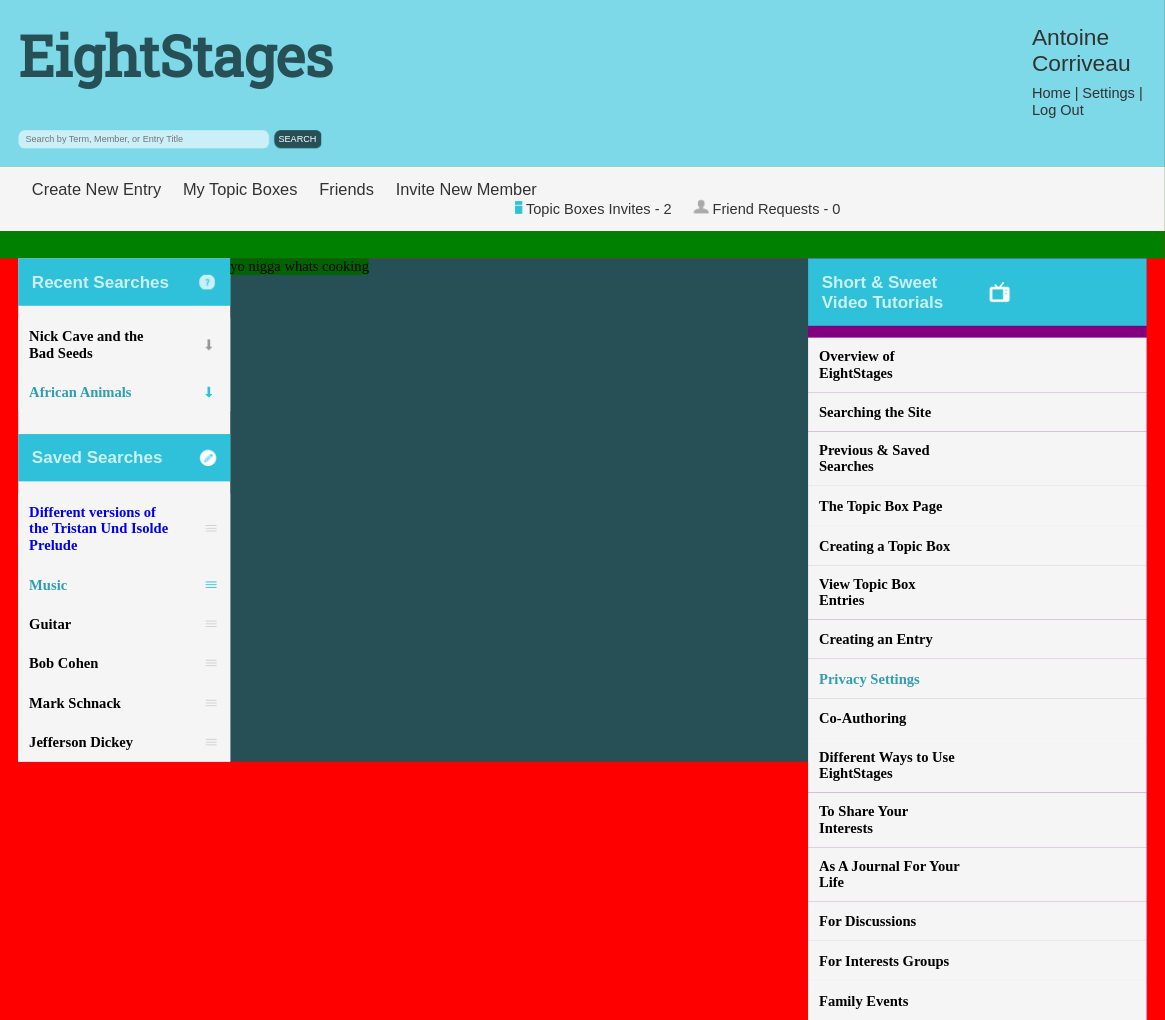
Repository: bhattaraib58/eighstages-lf-design
Page: Assignment 3/Eight Stages Website Mockup Done/index.html
An editor plug-in stored every save of this project. The page is shown before and after the next save, followed by the edit.
The browser window is 1280 px wide. The pictures show the whole page, at 91% of full size.
Some web fonts or font styles are not loaded; a fallback is used.

Above is the page before, as saved 2019-06-10 00:53:18.

### Assignment 3/Eight Stages Website Mockup Done/index.html
<!DOCTYPE html>
<html lang="en">

<head>
    <meta charset="UTF-8">
    <meta name="viewport" content="width=device-width, initial-scale=1.0">
    <meta http-equiv="X-UA-Compatible" content="ie=edge">
    <link href="https://fonts.googleapis.com/css?family=Roboto+Slab:300,400&display=swap" rel="stylesheet">
    <link href="https://fonts.googleapis.com/css?family=Istok+Web&display=swap" rel="stylesheet">
    <link rel="stylesheet" href="css/reset.css">
    <link rel="stylesheet" href="css/style.css">
    <title>EightStages</title>
</head>

<body>
    <div class="header">
        <div class="top-header clearfix">
            <div class="logo-search">
                <div class="logo">
                    <h1><a href="#">EightStages</a></h1>
                </div>
                <form action="#">
                    <div class="input">
                        <input type="text" name="search-box" placeholder="Search by Term, Member, or Entry Title">
                    </div>
                    <div class="button">
                        <button type="submit">SEARCH</button>
                    </div>
                </form>
            </div>
            <div class="profile-info">
                <div class="title"><a href="#">Antoine Corriveau</a></div>
                <ul class="horizontal-line">
                    <li><a href="#">Home |</a></li>
                    <li><a href="#">Settings |</a></li>
                    <li><a href="#">Log Out</a></li>
                </ul>
            </div>
        </div>
        <div class="bottom-header clearfix">
            <ul class="menu-items">
                <li><a href="#">Create New Entry</a></li>
                <li><a href="#">My Topic Boxes</a></li>
                <li><a href="#">Friends</a></li>
                <li><a href="#">Invite New Member</a></li>
            </ul>
            <div class="user-info">
                <a href="#" class="topic-invites">
                    <img src="images/topic-invites.png" alt="Topic Invites Icon">
                    <span>Topic Boxes Invites - </span>
                    <span>2</span>
                </a>
                <a href="#" class="friend-requests">
                    <img src="images/user.png" alt="User Icon">
                    <span>Friend Requests - </span>
                    <span>0</span>
                </a>
            </div>
        </div>
    </div>
    <div class="container">
        <div class="searches-entries-container">
            <div class="searches-container">
                <div class="recent-searches">
                    <div class="content-title">
                        <h3>Recent Searches</h3>
                        <img src="images/question-mark.png" alt="Question Mark">
                    </div>
                    <div class="searches-content">
                        <div class="content">
                            <div>Nick Cave and the Bad Seeds</div>
                            <img src="images/download-gray.png" alt="Downlaod Gray Icon">
                        </div>
                        <div class="content">
                            <div class="content-selected">African Animals</div>
                            <img src="images/download-lit.png" alt="Downlaod Lit Icon">
                        </div>
                    </div>
                </div>
                <div class="saved-searches">
                    <div class="content-title">
                        <h3>Saved Searches</h3>
                        <img src="images/edit-pen.png" alt="Edit Icon">
                    </div>
                    <div class="searches-content">
                        <div class="content">
                            <a href="#">
                                <div>Different versions of the
                                    Tristan Und Isolde Prelude</div>
                                <img src="images/hamburger-gray.png" alt="Hamburger Gray Icon">
                            </a>
                        </div>
                        <div class="content">
                            <div class="content-selected">Music</div>
                            <img src="images/hamburger-selected.png" alt="Hamburger Selected Icon">
                        </div>
                        <div class="content">
                            <div>Guitar</div>
                            <img src="images/hamburger-gray.png" alt="Hamburger Gray Icon">
                        </div>
                        <div class="content">
                            <div>Bob Cohen</div>
                            <img src="images/hamburger-gray.png" alt="Hamburger Gray Icon">
                        </div>
                        <div class="content">
                            <div>Mark Schnack</div>
                            <img src="images/hamburger-gray.png" alt="Hamburger Gray Icon">
                        </div>
                        <div class="content">
                            <div>Jefferson Dickey</div>
                            <img src="images/hamburger-gray.png" alt="Hamburger Gray Icon">
                        </div>
                    </div>
                </div>
            </div>
            <div class="entries-container">
                yo nigga whats cooking
            </div>
        </div>
        <div class="short-links-container">
            <div class="content-title">
                <h3>Short & Sweet
                    Video Tutorials</h3>
                <img src="images/tv-icon.png" alt="TV (Watch) Icon">
            </div>
            <div class="searches-content">
                <div class="content">
                    <div>Overview of EightStages</div>
                </div>
                <div class="content">
                    <div>Searching the Site</div>
                </div>
                <div class="content">
                    <div>Previous & Saved Searches</div>
                </div>
                <div class="content">
                    <div>The Topic Box Page</div>
                </div>
                <div class="content">
                    <div>Creating a Topic Box</div>
                </div>
                <div class="content">
                    <div>View Topic Box Entries</div>
                </div>
                <div class="content">
                    <div>Creating an Entry</div>
                </div>
                <div class="content">
                    <div class="content-selected">Privacy Settings</div>
                </div>
                <div class="content">
                    <div>Co-Authoring</div>
                </div>



                <div class="content">
                    <div>Different Ways
                        to Use EightStages</div>
                </div>
                <div class="content">
                    <div>To Share Your Interests</div>
                </div>
                <div class="content">
                    <div>As A Journal For Your Life</div>
                </div>
                <div class="content">
                    <div>For Discussions</div>
                </div>
                <div class="content">
                    <div>For Interests Groups</div>
                </div>
                <div class="content">
                    <div>Family Events</div>
                </div>
            </div>
        </div>
    </div>
</body>

</html>

### Assignment 3/Eight Stages Website Mockup Done/css/reset.css
*
{
    margin: 0px;
    padding: 0px;
    box-sizing: border-box;
}

### Assignment 3/Eight Stages Website Mockup Done/css/style.css
body {
    background-color: red;
}

.header {
    background-color: green;
}

.top-header {
    background-color: #7dd8e8;
    padding: 20px;
}

.logo-search {
    width: 60%;
    float: left;
}

.clearfix::after {
    content: "";
    clear: both;
    display: table;
}

.logo {
    margin-right: 22px;
    font-family: 'Roboto Slab', serif;
    float: left;
}

.logo a {
    color: #274f56;
    text-decoration: none;
    font-size: 62px;
}

form {
    float: left;
    margin-top: 40px;
    margin-right: 178px;
}

form input {
    margin-right: 5px;
    width: 276px;
    height: 20px;
    background-color: transparent;
    border: 0px;
    padding: 8px;
    font-size: 10px;
    color: #5c5c5c;
    font-family: "Istok Web ", sans-serif;
    outline: none;
    display: inline-block;
}

form .input {
    background: url(../images/input.png) no-repeat;
    float: left;
}

form button {
    display: inline-block;
    outline: none;
    color: #ffffff;
    font-family: "Istok Web ", sans-serif;
    background-color: transparent;
    border: 0px;
    padding: 5px;
    font-size: 10px;
    text-align: center;
    display: inline-block;
}

form .button {
    background: url(../images/button.png) no-repeat;
    float: left;
}

.profile-info {
    width: 40%;
    float: right;
    margin-top: 6px;
    padding-left: 370px;
}

.title {
    font-size: 25px;
    font-family: "Muli", sans-serif;
    margin-bottom: 10px;
}

.profile-info a {
    color: #323232;
    text-decoration: none;
}

ul.horizontal-line li {
    display: inline;
    font-family: "Istok Web ", sans-serif;
    font-size: 16px;
}

.bottom-header {
    background-color: #f5f5f5;
    padding: 15px;
}

.menu-items {
    float: left;
}

.menu-items li {
    display: inline-block;
    font-family: "Istok Web ", sans-serif;
    font-size: 18px;
    margin-left: 20px;
}

.menu-items a {
    color: #323232;
    text-decoration: none;
}

.user-info {
    float: left;
    margin-left: 550px;
}

.user-info a {
    margin-right: 20px;
    text-decoration: none;
    color: #323232;
}

.user-info span {
    font-family: "Istok Web ", sans-serif;
    font-size: 16px;
}

.container {
    padding: 30px 20px 0px 20px;
    background-color: green;
}

.searches-entries-container {
    width: 70%;
    float: left;
    background-color: #274f56;
}

.recent-searches {
    margin-bottom: 25px;
}

.searches-container {
    float: left;
    background-color: #f5f5f5;
}

.entries-container {
    float: left;
    background-color: darkgreen;
}

.short-links-container {
    width: 30%;
    background-color: purple;
    float: left;
}

.content a{
    text-decoration: none;
}

.content-title {
    margin-bottom: 13px;
    background-color: #2fc1d9;
    padding: 15px;
}

.content-title h3 {
    width: 155px;
    word-wrap: break-word;
    display: inline-block;
    font-family: "Istok Web ", sans-serif;
    color: #ccf0f6;
    margin-right: 25px;
    vertical-align: middle;
}

.content-title img {
    vertical-align: middle;
}

.content {
    padding: 12px;
    background-color: #f5f5f5;
}
.content div {
    width: 155px;
    word-wrap: break-word;
    display: inline-block;
    margin-right: 35px;
    vertical-align: middle;
    font-weight: 550;
}

.content-selected
{
    color: #309eb0;
}

.content img {
    vertical-align: middle;
}

After the next save:
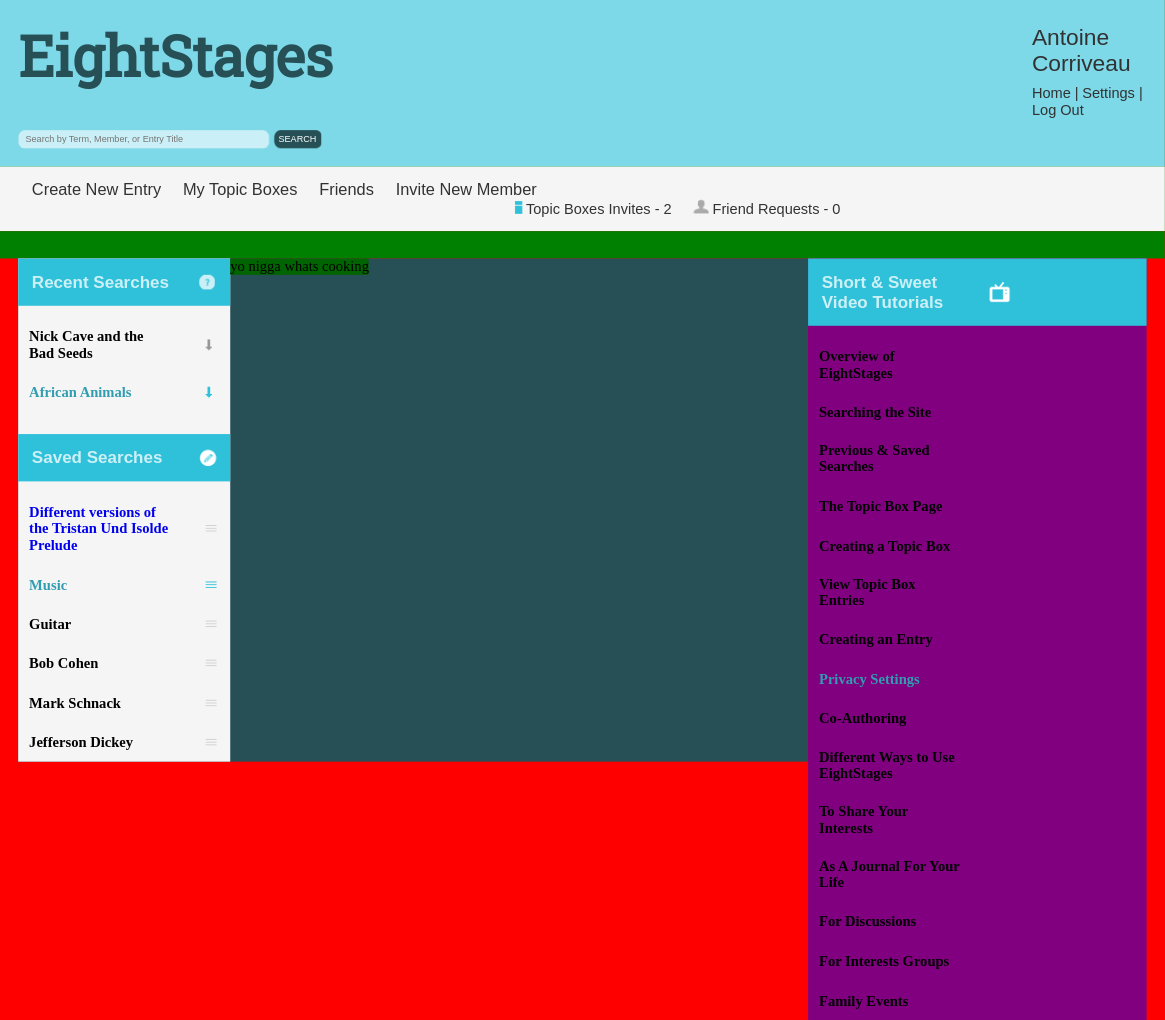
Saved 28 s later.
--- a/Assignment 3/Eight Stages Website Mockup Done/css/style.css
+++ b/Assignment 3/Eight Stages Website Mockup Done/css/style.css
@@ -195,7 +195,6 @@
 
 .content {
     padding: 12px;
-    background-color: #f5f5f5;
 }
 .content div {
     width: 155px;
